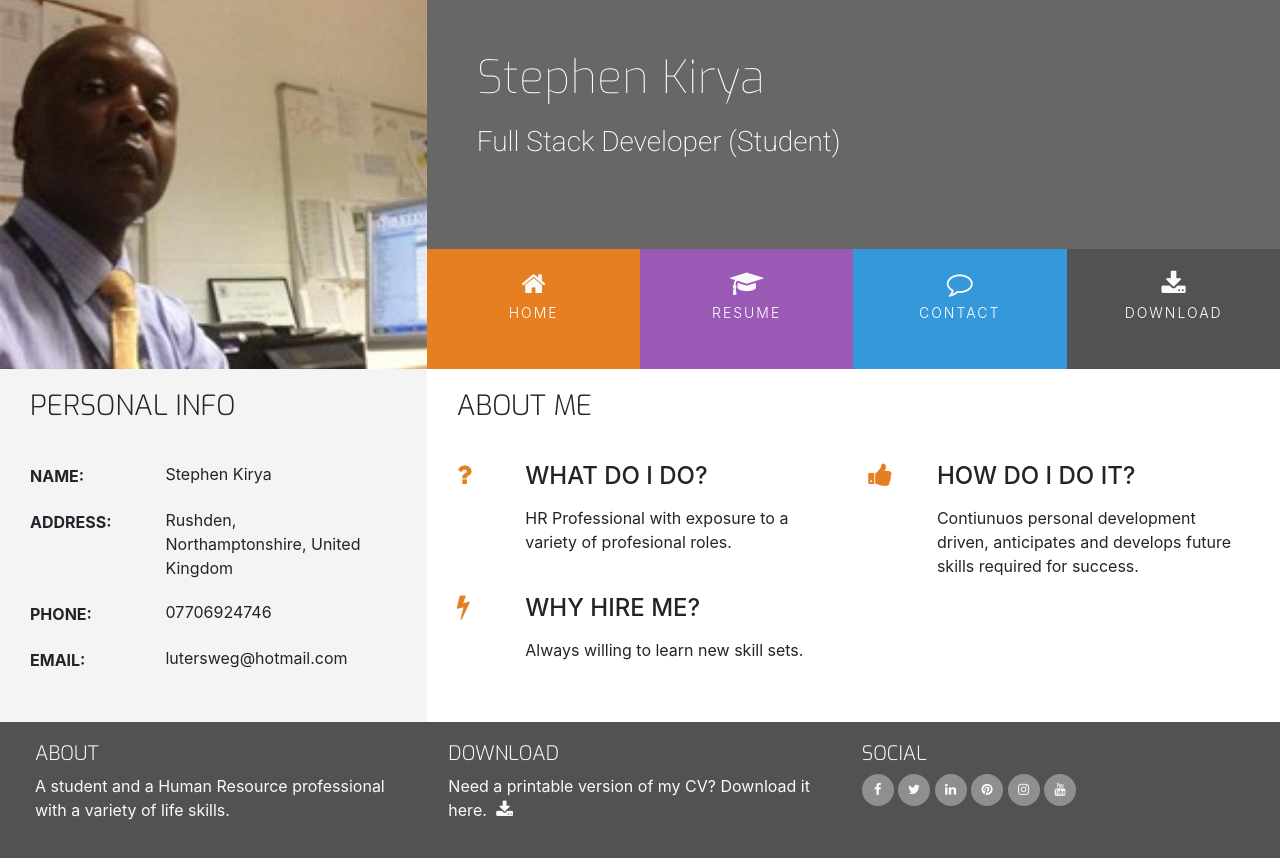
Repository: isiko1/interactive_frontend_resume
Page: index.html
The author's editor kept a record of every edit. The page is drawn from the files as they stood at one moment, then again after the next edit.
The browser window is 1280 px wide. The pictures show the whole page.

Above is the page before.

After the next edit:
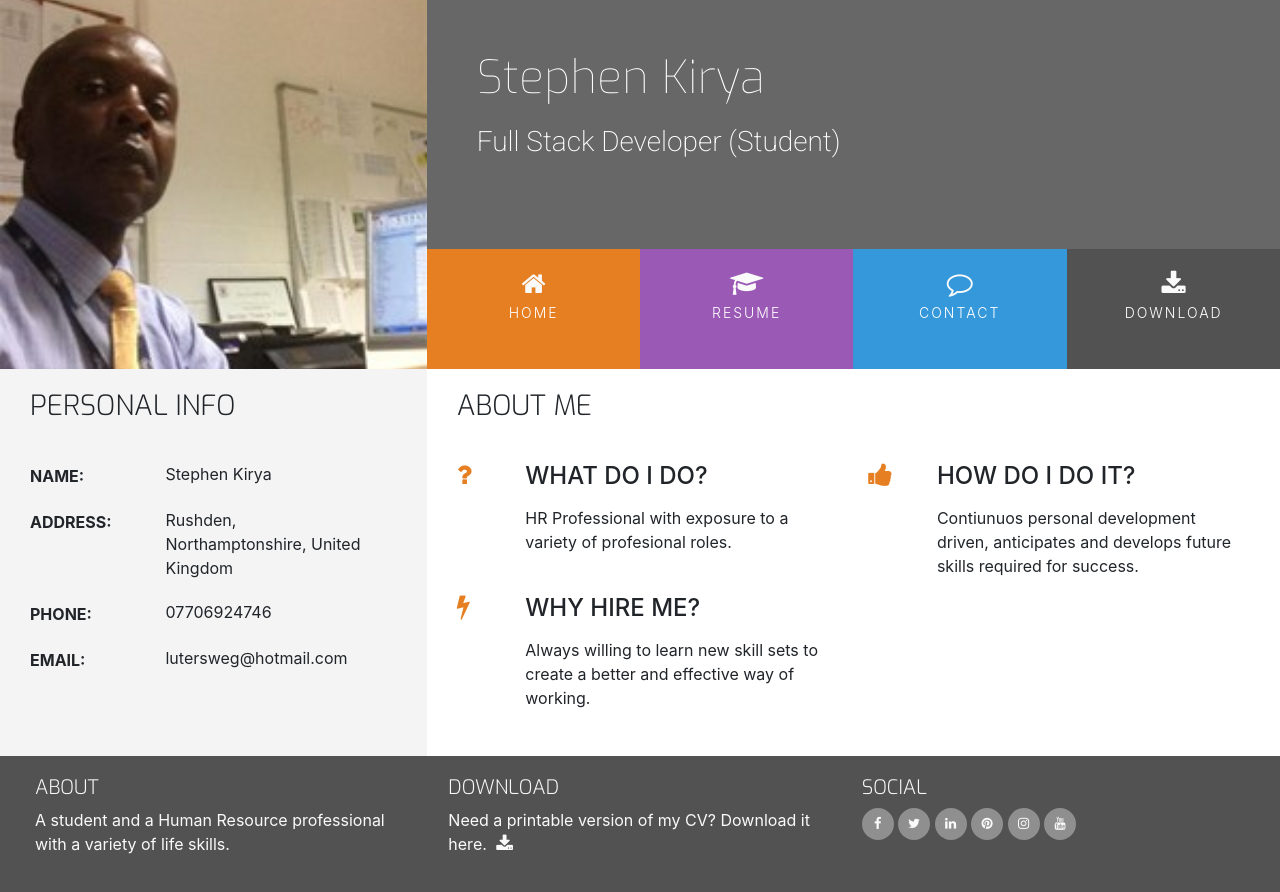
The edit:
--- a/index.html
+++ b/index.html
@@ -146,7 +146,7 @@
                             <div class="col-10">
                                 <h4 class="three-reasons-heading uppercase">Why hire me?</h4>
                                 <p>
-Always willing to learn new skill sets.
+Always willing to learn new skill sets to create a better and effective way of working.
                                 </p>
                             </div>
                         </div>
